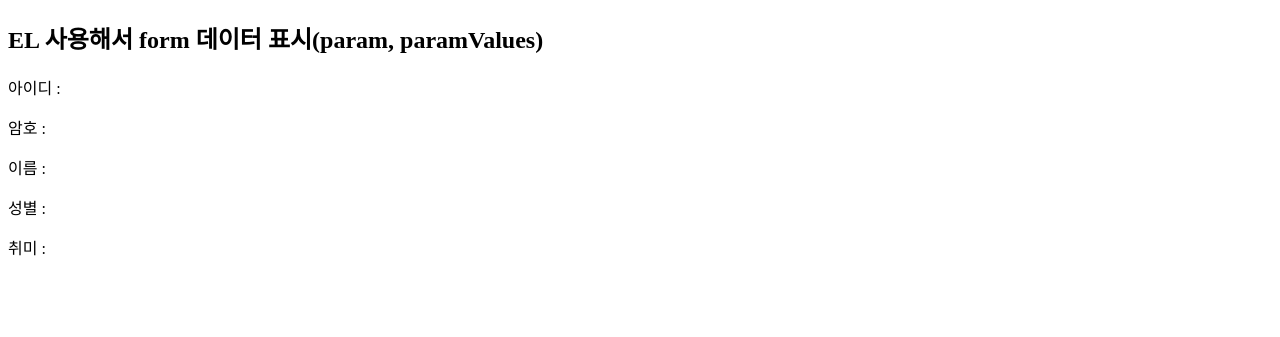
Repository: SeYoung1012/Bitcamp
Page: http://localhost/07_EL_JSTL/el03_result02_param.jsp
The author's editor kept a copy of each file at every save. The page is drawn from the files as they stood at one save, then again after the next save.
The browser window is 1280 px wide. The pictures show the whole page.
The page is served by Tomcat 9. Other server files are loaded and not shown.

Above is the page before, as saved 2021-09-29 07:46:53.

### 60_web/07_EL_JSTL/WebContent/el03_result02_param.jsp
<%@ page language="java" contentType="text/html; charset=UTF-8"
    pageEncoding="UTF-8"%>
<!DOCTYPE html>
<html>
<head>
<meta charset="UTF-8">
<title>	EL param </title>
</head>
<body>
	<h2> EL 사용해서 form 데이터 표시(param, paramValues)</h2>
	<p>아이디 : ${param.id } </p>
	<p>암호 : ${param.pwd } </p>
	<p>이름 : ${param.name } </p>
	<p>성별 : ${param.gender } </p>

	<p>취미 : ${param.hobby } </p>


</body>
</html>

After the next save:
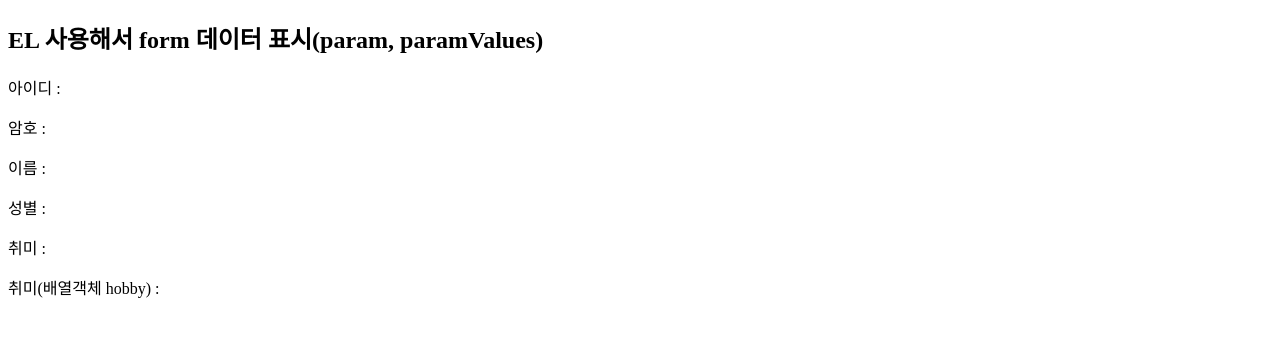
Saved 79 s later.
--- a/60_web/07_EL_JSTL/WebContent/el03_result02_param.jsp
+++ b/60_web/07_EL_JSTL/WebContent/el03_result02_param.jsp
@@ -14,6 +14,7 @@
 	<p>성별 : ${param.gender } </p>
 
 	<p>취미 : ${param.hobby } </p>
+	<p>취미(배열객체 hobby) : ${param.hobby } </p>
 
 
 </body>
